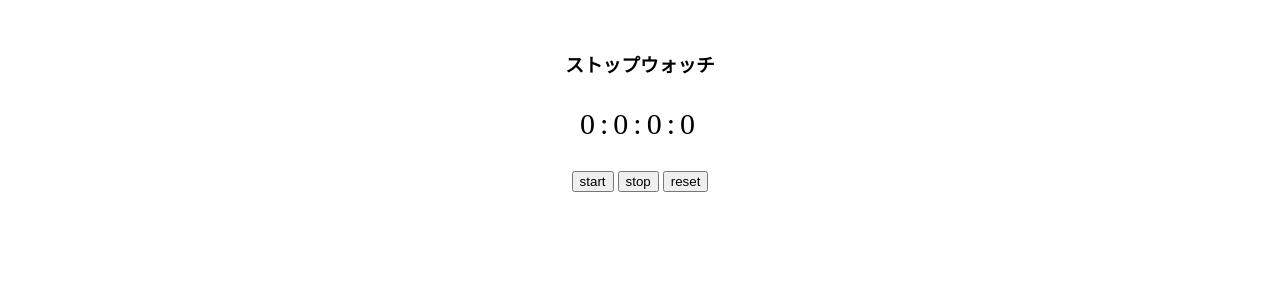
Repository: Kokoro-jp/stopWatchApp
Page: index.html
The author's editor kept a record of every edit. The page is drawn from the files as they stood at one moment, then again after the next edit.
The browser window is 1280 px wide. The pictures show the whole page.
Some web libraries are served in a nearby version.

Above is the page before.
Console error: SyntaxError: Unexpected token ')'

### index.html
  <!DOCTYPE html>
    <html lang="en">
      <head>
        <meta charset="utf-8">
        <script src="https://code.jquery.com/jquery-3.2.1.js" integrity="sha256-DZAnKJ/6XZ9si04Hgrsxu/8s717jcIzLy3oi35EouyE=" crossorigin="anonymous"></script>
        <link rel="stylesheet" href="main.css">
        <title>ストップウォッチ</title>
      </head>

      <body>
        <h3 class="title">ストップウォッチ</h3>
        <div id="timer">0:0:0:0</div>

        <div>
          <input id="start" type="button" value="start">
          <input id="stop" type="button" value="stop">
          <input id="reset" type="button" value="reset">
        </div>




        <script src="main.js"></script>
      </body>
    </html>

### main.css

body{
  margin: 0;
  padding: 0;
  margin:50px auto 0;
  text-align: center;
  width: 350px;
}

#timer{
  margin: 30px auto;
  font-size: 30px;
  letter-spacing: 5px;
}

.container {
  width: 400px;
  height: 100px;
}

.buttons {
  padding-top: 10px;
  display: flex;
  justify-content: space-evenly;
}

/* 活性・非活性 */
.inactive {
  opacity: 0.6;
}

### main.js
/*global ture*/

const timer = document.getElementById("timer");

const start = document.getElementById("start");
const stop = document.getElementById("stop");
const reset = document.getElementById("reset");

let startTime;  //Startボタンクリック時の時刻
let elapsedTime = 0;  //StartからStopまでの経過時間
let timeoutid; //ID


function countUp(){
  const d = new Date(Date.now() - startTime + elapsedTime);

  const ms = String(d.getMilliseconds()).slice(0,1);
  const s = String(d.getSeconds()).slice(0,2);
  const m = String(d.getMinutes()).slice(0,2);
  const h = String(d.getHours() - 9).slice(0,2);  //"-9"は日本用

  //ディスプレイ出力
  timer.textContent = h + ':' + m + ':' + s + ':' + ms;

  timeoutid = setTimeout( () => {

    countUp();
  }, 10);

}


// 活性非活性（初期状態・リセット状態）
function setButtonStateInitial() {
  start.classList.remove('inactive'); //活性
  stop.classList.add('inactive'); //非活性
  reset.classList.add('inactive'); //非活性
}
//活性非活性（タイマー動作中）
function setButtonStateRunning() {
  start.classList.add('inactive'); //非活性
  stop.classList.remove('inactive'); //活性
  reset.classList.add('inactive'); //活性にしたい
}
//活性非活性（タイマー一時停止中）
function setButtonStateStoped() {
  start.classList.remove('inactive'); //活性
  stop.classList.add('inactive'); //非活性
  reset.classList.remove('inactive'); //活性
}


// スタートボタン）
start.addEventListener("click", () => {
  if (start.classList.contains('inactive') === true) {
    return;
  }
  //タイマー動作させる →動作中の選択肢は常にストップorリセット
  setButtonStateRunning();
  startTime = Date.now();
  countUp();
});

// ストップボタン
stop.addEventListener("click", () => {
  if (stop.classList.contains('inactive') === true) {
    return;
  }
  // タイマー停止する →停止中の選択肢は常にスタートorリセット
  setButtonStateStoped();
  clearTimeout(timeoutid);
  elapsedTime += Date.now() - startTime;

});

// リセットボタン
reset.addEventListener("click", () => {
  if (start.classList.contains('inactive') === true) {


  }else if(){

  }else{

  }

  // 初期値にリセット
  setButtonStateInitial();
  timer.textContent = '0:0:0:0';
  elapsedTime = 0;

});

After the next edit:
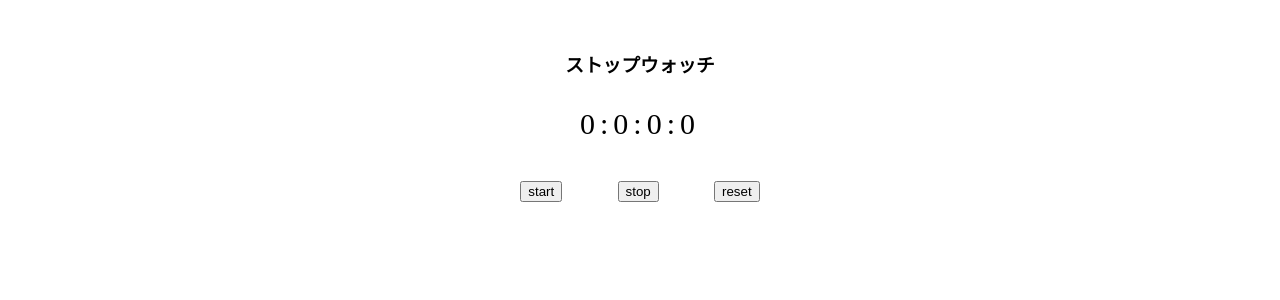
The edit:
--- a/index.html
+++ b/index.html
@@ -10,8 +10,8 @@
       <body>
         <h3 class="title">ストップウォッチ</h3>
         <div id="timer">0:0:0:0</div>
-
         <div>
+        <div class="buttons">
           <input id="start" type="button" value="start">
           <input id="stop" type="button" value="stop">
           <input id="reset" type="button" value="reset">
